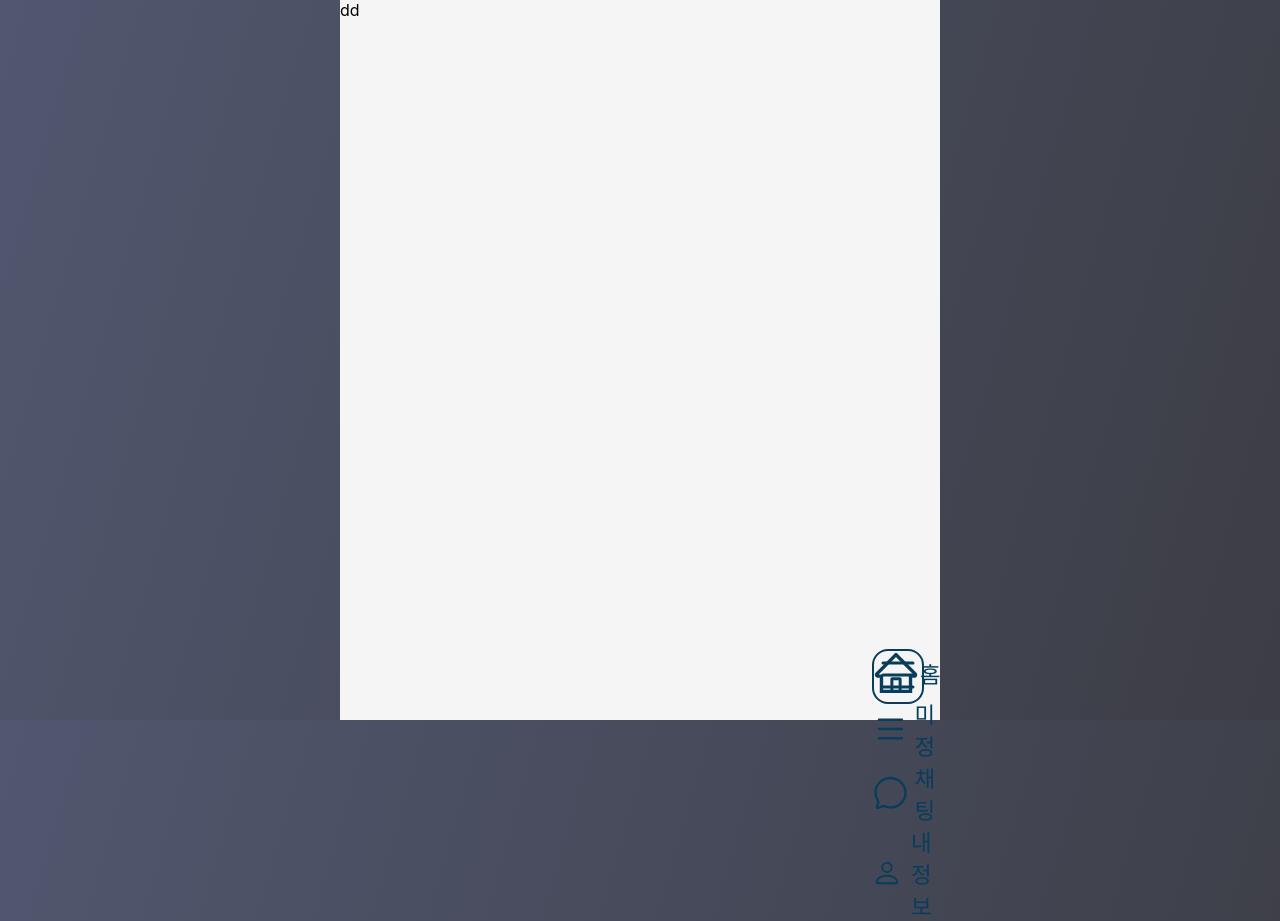
Repository: SeungYn/hanium
Page: /
The author's editor kept a copy of each file at every save. The page is drawn from the files as they stood at one save, then again after the next save.
The browser window is 1280 px wide. The pictures show the whole page.
The project was rebuilt for these pictures with package versions that can differ from the ones it lists, and the page was loaded fresh each time. Also part of the build but not shown: src/App.css, src/components/ReadPopup/ReadPopup.module.css, src/components/ReadPopup/ReadPopup.jsx, src/pages/login/Login.jsx.

Above is the page before, as saved 2022-10-27 13:36:53.

After the next save:
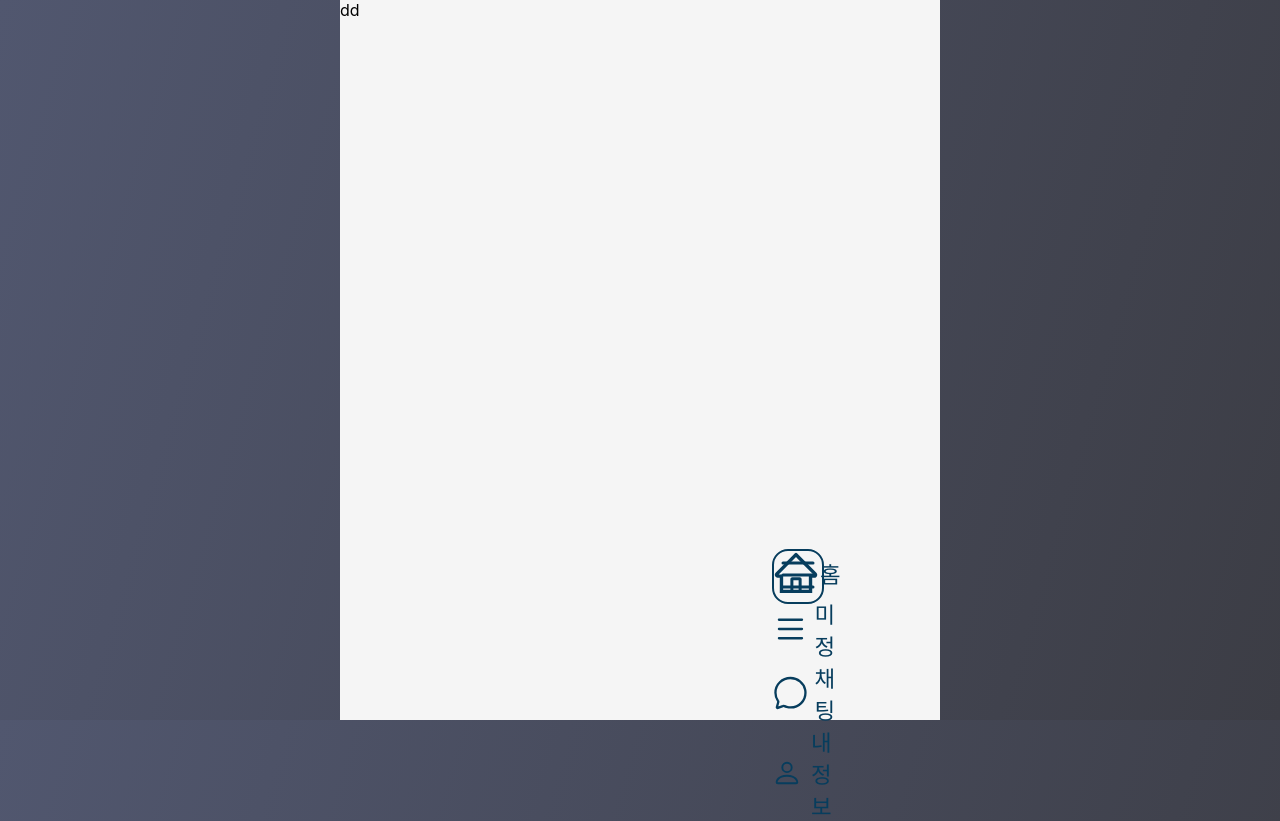
Saved 38 s later.
--- a/src/components/Navbar/Navbar.module.css
+++ b/src/components/Navbar/Navbar.module.css
@@ -5,6 +5,7 @@
   font-size: var(--font-size-medium);
   text-align: center;
   display: flex;
+  margin: 100px;
 }
 
 .link {
